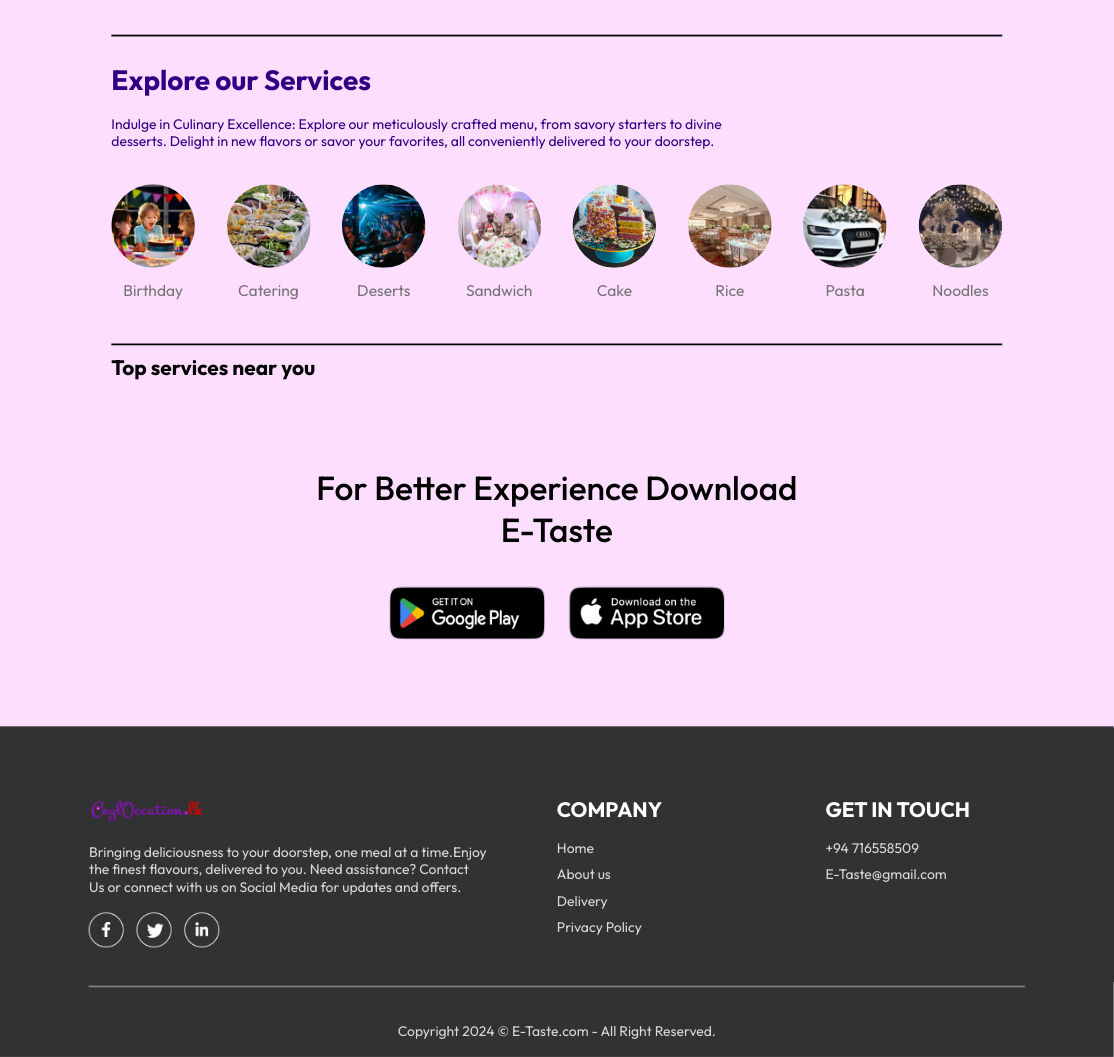
Repository: Abhiranda/Ceyloccation.lk
Page: / (app in frontend/)
An editor plug-in stored every save of this project. The page is shown before and after the next save, followed by the edit.
The browser window is 1280 px wide. The pictures show the part of the page from y = 624 to 1839 px (the page is 1839 px tall), at 87% of full size.
The page's requests for data from a server got no answer. The project was rebuilt for these pictures with package versions that can differ from the ones it lists, and the page was loaded fresh each time. No one was signed in, and anything a server would have sent is missing. Also part of the build but not shown: frontend/vite.config.js, frontend/src/pages/PlaceOrder/PlaceOrder.css, frontend/src/pages/PlaceOrder/PlaceOrder.jsx, frontend/src/components/ServiceDisplay/ServiceDisplay.css, frontend/src/components/ServiceItem/ServiceItem.css, frontend/src/components/ServiceItem/ServiceItem.jsx, frontend/src/pages/Cart/Cart.css, frontend/src/pages/Cart/Cart.jsx and 6 more.

Above is the page before, as saved 2024-06-07 13:59:11.

After the next save:
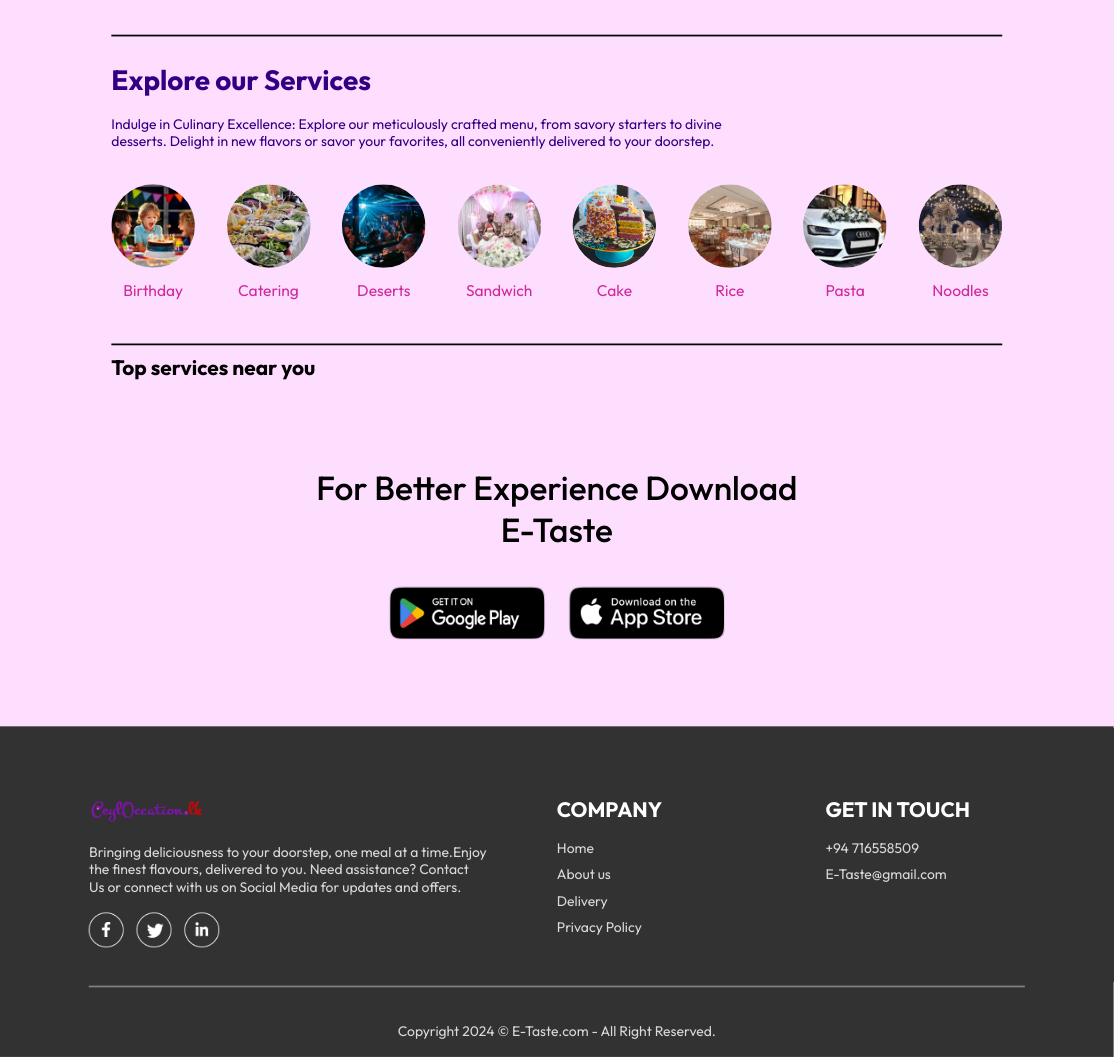
Saved 13 s later.
--- a/frontend/src/components/ExploreMenu/ExploreMenu.css
+++ b/frontend/src/components/ExploreMenu/ExploreMenu.css
@@ -40,7 +40,7 @@
 
 .explore-menu-list-item p{
     margin-top: 10px;
-    color: #747474;
+    color: #d02999;
     font-size: max(1.4vw,16px);
     cursor: pointer;
     transition: 0.2s;
